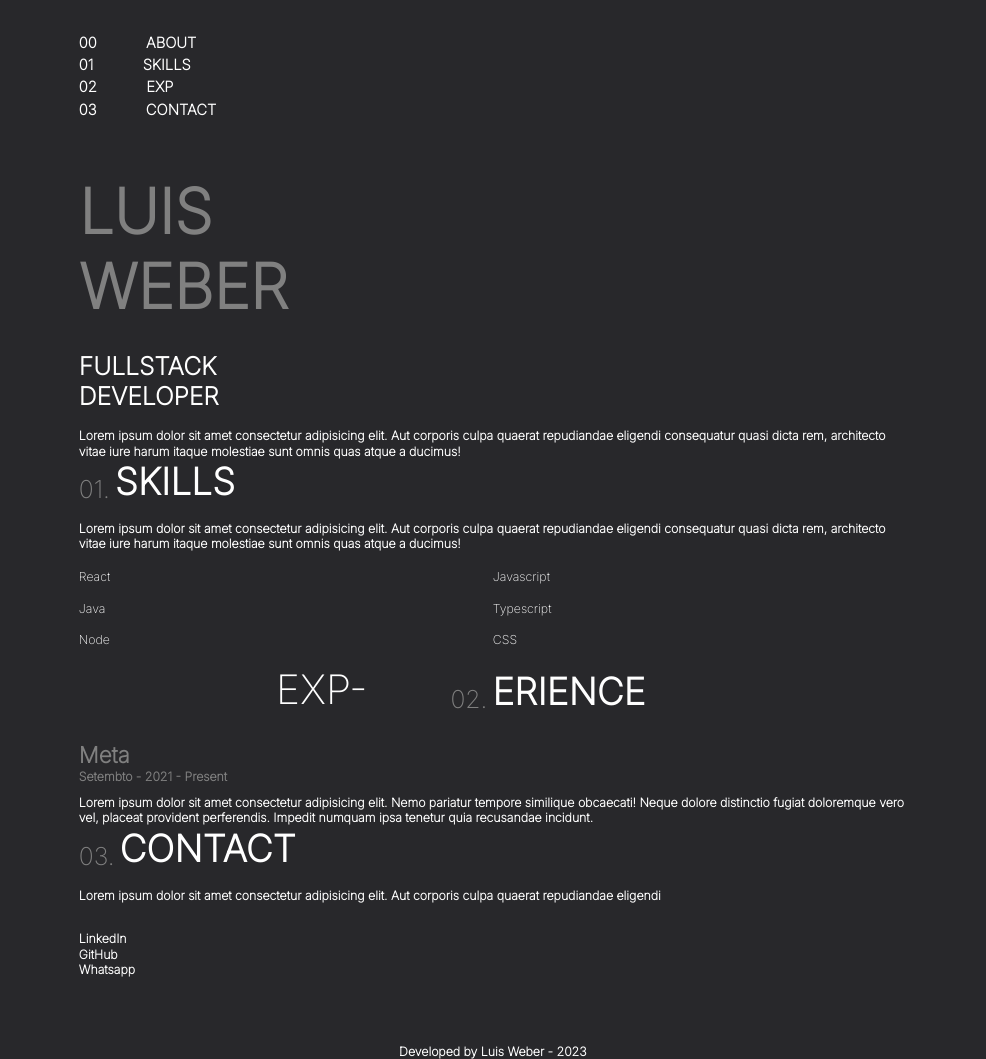
Repository: luiswh1/Portfolio
Page: /
These files come from the project's save history. The page is drawn as it stood at one moment and after the next save; the edit follows.
The browser window is 1280 px wide. The pictures show the whole page, at 77% of full size.
The project was rebuilt for these pictures with package versions that can differ from the ones it lists, and the page was loaded fresh each time.

Above is the page before, as saved 2023-05-31 19:35:06.

After the next save:
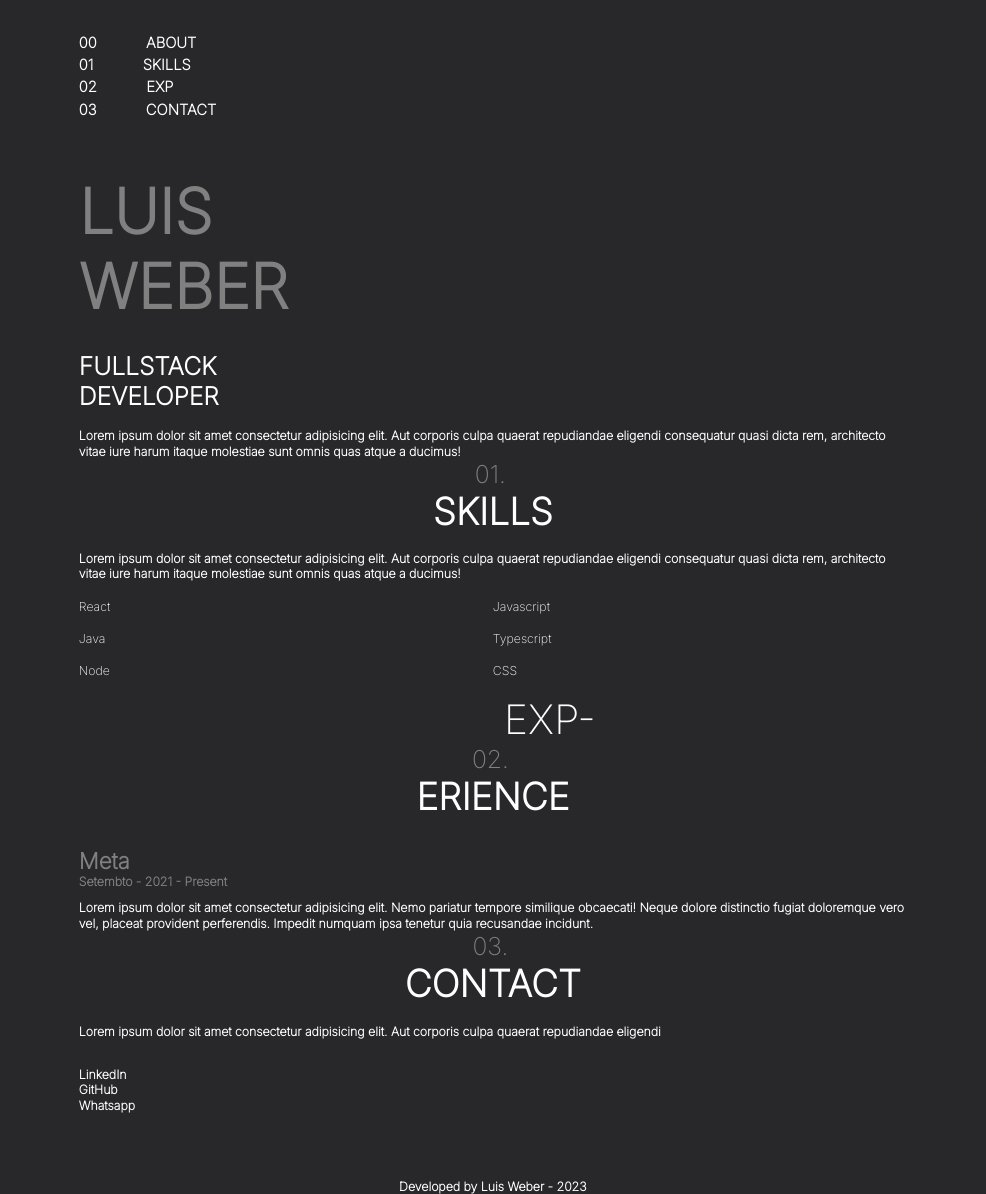
Saved 2 min 32 s later.
--- a/src/Pages/HomeStyles.tsx
+++ b/src/Pages/HomeStyles.tsx
@@ -31,10 +31,6 @@
 color: white;
 font-weight: bold;
 `
-export const LabelTitle = styled.div`
-  display: flex;
-  align-items: flex-end;
-`;
 
 export const NumberIndex = styled.span`
   font-size: 2em;
@@ -42,20 +38,26 @@
   margin-right: 0.5vw;
 `;
 
+
+export const ExpPlaceholder = styled.span`
+  font-size: 3em;
+  visibility: hidden;
+`;
+
+export const LabelTitle = styled.div`
+  display: flex;
+  flex-direction: column;
+  align-items: center;
+`;
+
+export const ExpWrapper = styled.div`
+  display: flex;
+`;
+
 export const IndexTitle = styled.span`
   font-size: 3em;
   color: white;
   font-weight: bold;
-`;
-
-export const ExpWrapper = styled.div`
-  display: flex;
-  align-items: flex-end;
-`;
-
-export const ExpPlaceholder = styled.span`
-  font-size: 3em;
-  visibility: hidden;
 `;
 
 

After the save that followed:
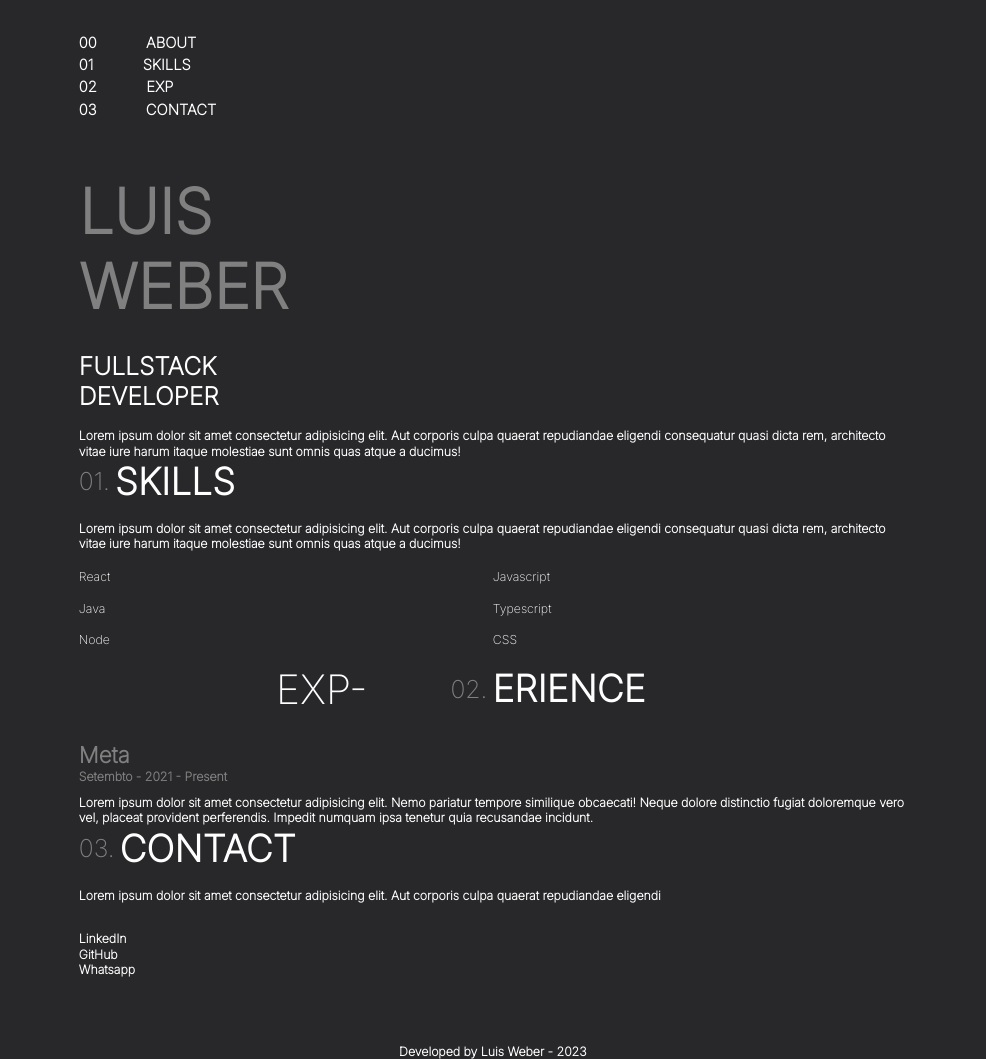
Saved 2 min 23 s later.
--- a/src/Pages/HomeStyles.tsx
+++ b/src/Pages/HomeStyles.tsx
@@ -32,26 +32,28 @@
 font-weight: bold;
 `
 
-export const NumberIndex = styled.span`
-  font-size: 2em;
-  color: gray;
-  margin-right: 0.5vw;
-`;
-
 
 export const ExpPlaceholder = styled.span`
   font-size: 3em;
   visibility: hidden;
 `;
 
+
+export const ExpWrapper = styled.div`
+  display: flex;
+`;
+
+
 export const LabelTitle = styled.div`
   display: flex;
-  flex-direction: column;
   align-items: center;
 `;
 
-export const ExpWrapper = styled.div`
-  display: flex;
+
+export const NumberIndex = styled.span`
+  font-size: 2em;
+  color: gray;
+  margin-right: 0.5vw;
 `;
 
 export const IndexTitle = styled.span`
